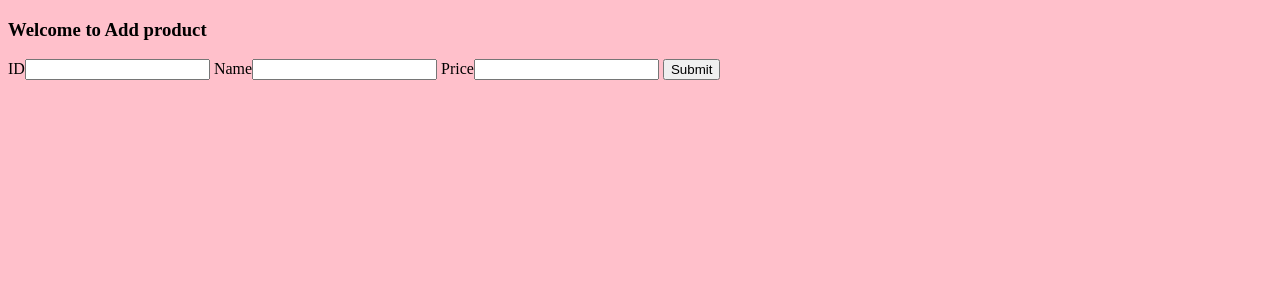
Repository: AkshayJain2904/Zen-Assignemt
Page: REST Demo/TrivagHotels/WebContent/addProduct.html
The author's editor kept a copy of each file at every save. The page is drawn from the files as they stood at one save, then again after the next save.
The browser window is 1280 px wide. The pictures show the whole page.

Above is the page before, as saved 2019-07-25 06:09:55.

### REST Demo/TrivagHotels/WebContent/addProduct.html
<!DOCTYPE html>
<html>
<head>
<meta charset="ISO-8859-1">
<title>Add Product</title>
<style type="text/css">
body {
	background-color: pink;
}
</style>
</head>
<body>
	<h3>Welcome to Add product</h3>
	<form action="" method="post">
	ID<input type="number" name="id">
	Name<input type="text" name="id">
	Price<input type="number" name="id">
	<input type="submit" name="submit">
	</form>
</body>
</html>

After the next save:
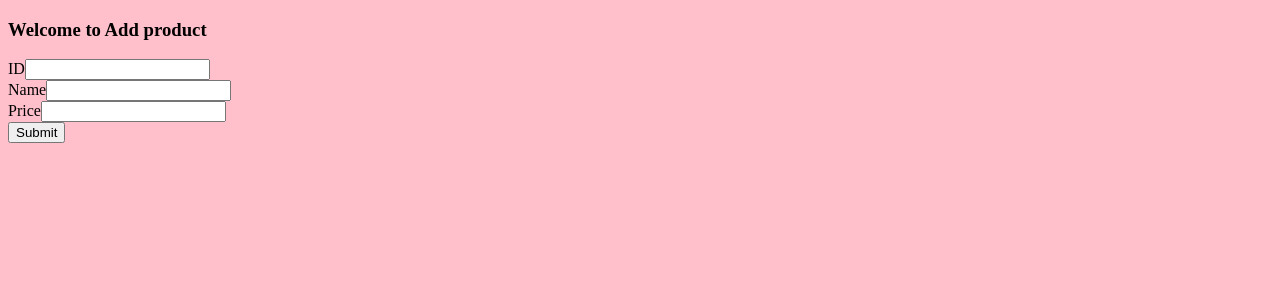
Saved 31 s later.
--- a/REST Demo/TrivagHotels/WebContent/addProduct.html
+++ b/REST Demo/TrivagHotels/WebContent/addProduct.html
@@ -12,9 +12,9 @@ body {
 <body>
 	<h3>Welcome to Add product</h3>
 	<form action="" method="post">
-	ID<input type="number" name="id">
-	Name<input type="text" name="id">
-	Price<input type="number" name="id">
+	ID<input type="number" name="id"><br>
+	Name<input type="text" name="id"><br>
+	Price<input type="number" name="id"><br>
 	<input type="submit" name="submit">
 	</form>
 </body>
